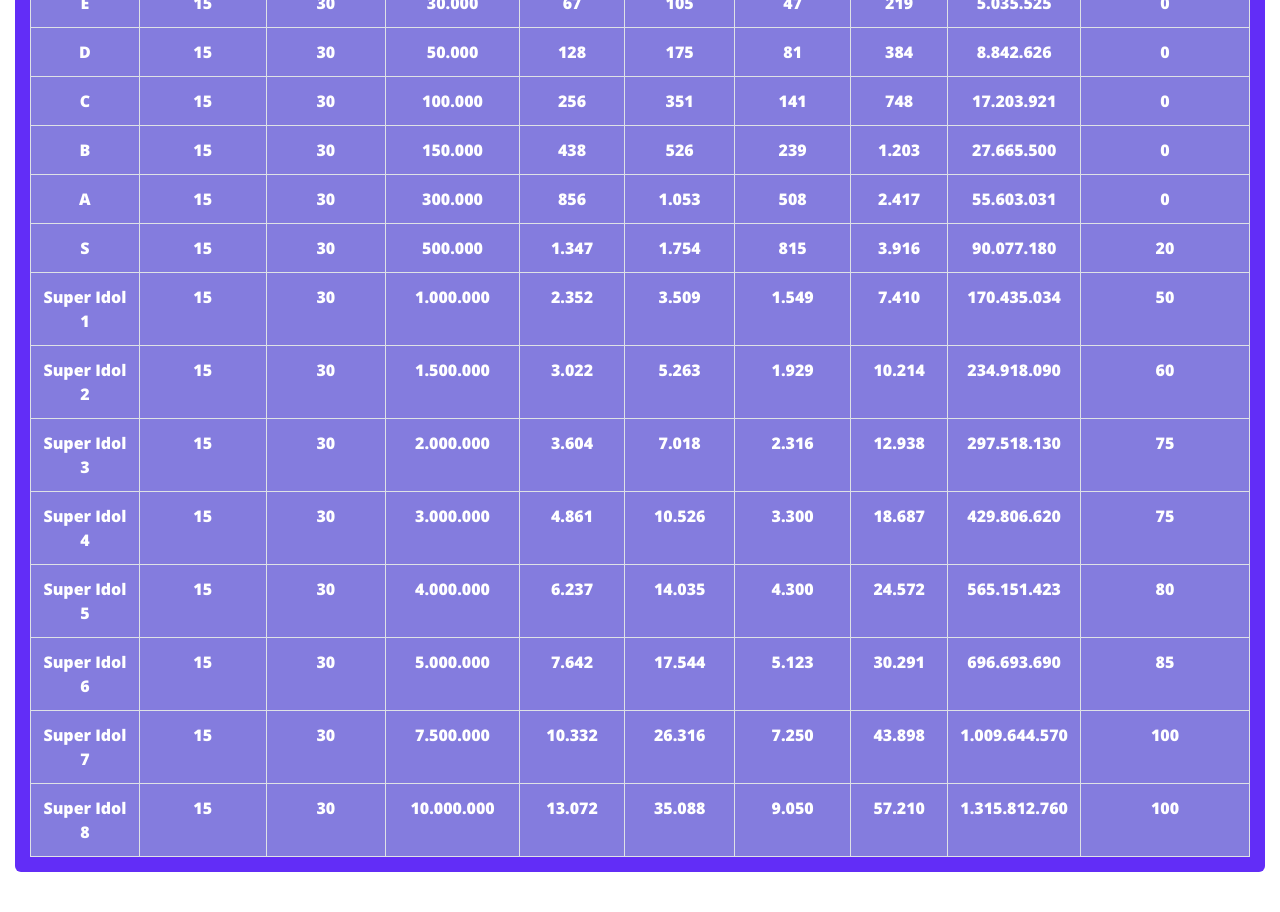
Repository: dav1601/nimo-work
Page: index.html
An editor plug-in stored every save of this project. The page is shown before and after a run of saves, followed by the edit.
The browser window is 1280 px wide. The pictures show the part of the page from y = 447 to 1399 px (the page is 1359 px tall before and 1399 px after).
A picture or video elsewhere on the page could not be fetched, so the positions and the page height are approximate.

Above is the page before, as saved 2022-04-15 01:22:55.

### index.html
<!DOCTYPE html>
<html lang="en">

<head>
    <meta charset="UTF-8">
    <meta http-equiv="X-UA-Compatible" content="IE=edge">
    <meta name="viewport" content="width=device-width, initial-scale=1.0">
    <link rel="stylesheet" href="https://cdn.jsdelivr.net/npm/bootstrap@4.6.1/dist/css/bootstrap.min.css"
        integrity="sha384-zCbKRCUGaJDkqS1kPbPd7TveP5iyJE0EjAuZQTgFLD2ylzuqKfdKlfG/eSrtxUkn" crossorigin="anonymous">
    <script src="https://cdn.jsdelivr.net/npm/jquery@3.5.1/dist/jquery.slim.min.js"
        integrity="sha384-DfXdz2htPH0lsSSs5nCTpuj/zy4C+OGpamoFVy38MVBnE+IbbVYUew+OrCXaRkfj"
        crossorigin="anonymous"></script>
    <script src="https://cdn.jsdelivr.net/npm/popper.js@1.16.1/dist/umd/popper.min.js"
        integrity="sha384-9/reFTGAW83EW2RDu2S0VKaIzap3H66lZH81PoYlFhbGU+6BZp6G7niu735Sk7lN"
        crossorigin="anonymous"></script>
    <script src="https://cdn.jsdelivr.net/npm/bootstrap@4.6.1/dist/js/bootstrap.min.js"
        integrity="sha384-VHvPCCyXqtD5DqJeNxl2dtTyhF78xXNXdkwX1CZeRusQfRKp+tA7hAShOK/B/fQ2"
        crossorigin="anonymous"></script>
    <script src="https://cdnjs.cloudflare.com/ajax/libs/jquery/3.6.0/jquery.min.js"
        integrity="sha512-894YE6QWD5I59HgZOGReFYm4dnWc1Qt5NtvYSaNcOP+u1T9qYdvdihz0PPSiiqn/+/3e7Jo4EaG7TubfWGUrMQ=="
        crossorigin="anonymous" referrerpolicy="no-referrer"></script>
    <script src="https://cdnjs.cloudflare.com/ajax/libs/html2canvas/1.4.1/html2canvas.min.js"
        integrity="sha512-BNaRQnYJYiPSqHHDb58B0yaPfCu+Wgds8Gp/gU33kqBtgNS4tSPHuGibyoeqMV/TJlSKda6FXzoEyYGjTe+vXA=="
        crossorigin="anonymous" referrerpolicy="no-referrer"></script>
    <title>Document</title>
</head>

<body>
    <style>
        @import url('https://fonts.googleapis.com/css2?family=Open+Sans:ital,wght@0,300;0,400;0,500;0,600;0,700;0,800;1,300;1,400;1,500;1,600;1,700;1,800&display=swap');
        @import url('https://fonts.googleapis.com/css2?family=Montserrat:ital,wght@0,100;0,200;0,300;0,400;0,500;0,600;0,700;0,800;0,900;1,100;1,200;1,300;1,400;1,500;1,600;1,700;1,800&display=swap');
        @import url('https://fonts.googleapis.com/css2?family=Pacifico&display=swap');

        body {
            color: #ffffff;
            font-family: 'Open Sans', sans-serif;

        }

        :root {
            --bg-main: #622DF7;
        }

        h1 {
            font-family: 'Monument', cursive;
            font-weight: 900;
        }

        header {
            height: auto;
            /* overflow: hidden; */
            padding: 20px;
            background: var(--bg-main);
            height: 150px;
            box-shadow: 0 3px 5px rgba(0, 0, 0, 0.05);
            border-radius: 6px;
            position: relative;
        }

        .img-1 {
            top: 20px;
        }

        .img-2 {
            right: 25px;
            top: 15px;
        }

        .img-3 {
            left: 165px;
            top: 20px;
        }

        .img-4 {
            right: 165px;
            top: 20px;
        }

        .img-5 {
            left: 320px;
            top: 15px;
        }

        .img-6 {
            left: 480px;
            top: 14px;
        }

        .img-7 {
            right: 300px;
            top: -25px;
        }

        .table {
            color: #ffffff;
            background: #847CDE;
            font-family: 'Open Sans', sans-serif;
            text-align: center;
            font-size: 16px;
            font-weight: 900;
        }

        header:before,
        header:after {
            content: "";
            height: 2px;
            position: absolute;
            left: 0;
            right: 0;
            clip-path: polygon(0% 0%, 5% 100%, 10% 0%, 15% 100%, 20% 0%, 25% 100%, 30% 0%, 35% 100%, 40% 0%, 45% 100%, 50% 0%, 55% 100%, 60% 0%, 65% 100%, 70% 0%, 75% 100%, 80% 0%, 85% 100%, 90% 0%, 95% 100%, 100% 0%);
            ;
        }

        header:before {
            background-color: #fff;
            top: 0;
        }

        header:after {
            background-color: #fff;
            bottom: -1px;
        }

        #table {
            padding: 15px;
            background: var(--bg-main);
            border-bottom-left-radius: 6px;
            border-bottom-right-radius: 6px;
        }
    </style>
    <div class="container-fluid my-2 py-4" id="export">
        <header>
            <div class="img-2 position-absolute">
                <img src="https://res.cloudinary.com/vanh-tech/image/upload/c_scale,h_112,w_112/v1649958535/img-4_qw9sif.png"
                    alt="">
            </div>
            <div class="img-1 position-absolute">
                <img src="https://res.cloudinary.com/vanh-tech/image/upload/v1649958534/img-1_fgpmpv.webp" alt="">
            </div>
            <div class="img-5 position-absolute">
                <img src="https://res.cloudinary.com/vanh-tech/image/upload/v1649958534/img-2_gai7hv.webp" alt="">
            </div>
            <div class="img-6 position-absolute">
                <img src="https://res.cloudinary.com/vanh-tech/image/upload/v1649959770/img_w0pvhe.png" alt="">
            </div>
            <div class="img-3 position-absolute">
                <img src="https://res.cloudinary.com/vanh-tech/image/upload/v1649958983/img_aa1jod.webp" alt=""
                    width="112" height="112">
            </div>
            <div class="img-4 position-absolute">
                <img src="https://res.cloudinary.com/vanh-tech/image/upload/c_scale,h_112,w_112/v1649958535/img-3_fsj6ej.png"
                    alt="">
            </div>
            <div class="img-7 position-absolute">
                <img src="https://res.cloudinary.com/vanh-tech/image/upload/v1649959980/7a76178dd055cd803200007eb4429d64_r03ver.png"
                    alt="">
            </div>
            <h1 class="text-center text-uppercase mt-4">Chính sách Nimo</h1>
        </header>
        <div id="table">
            <table class="table table-bordered mb-0">
                <thead>
                    <tr>
                        <th scope="col">Nhóm</th>
                        <th scope="col">Ngày live tối thiểu</th>
                        <th scope="col">Giờ live tối thiểu</th>
                        <th scope="col">Đá quý tối thiểu</th>
                        <th scope="col">Lương <strong>(USD)</strong></th>
                        <th scope="col" class=""><span class="d-block mb-1"
                                style="border-bottom: 2px solid #e84393; padding-bottom: 2px ;">Đá
                                rút<strong>(USD)</strong></span><span style="color: #f9ca24;">Tổng đá/285</span></th>
                        <th scope="col">Thưởng <strong>(USD)</strong></th>
                        <th scope="col">Tổng <strong>(USD)</strong></th>
                        <th scope="col">Tổng <strong>(VNĐ)</strong></th>
                        <th scope="col" class=""><span class="d-block mb-1"
                                style="border-bottom: 2px solid #e84393; padding-bottom: 2px ;">Bonus độc
                                quyền<strong>(USD)</strong></span><span style="color: #f9ca24;">(IDOL)</span></th>
                    </tr>
                </thead>
                <tbody>
                    <tr>
                        <td>Primary</td>
                        <td>15</td>
                        <td>30</td>
                        <td>5.000</td>
                        <td>14</td>
                        <td>18</td>
                        <td>9</td>
                        <td>41</td>
                        <td>943.248</td>
                        <td>0</td>
                    </tr>
                    <tr>
                        <td>F</td>
                        <td>15</td>
                        <td>30</td>
                        <td>10.000</td>
                        <td>28</td>
                        <td>35</td>
                        <td>16</td>
                        <td>79</td>
                        <td>1.817.921</td>
                        <td>0</td>
                    </tr>
                    <tr>
                        <td>E</td>
                        <td>15</td>
                        <td>30</td>
                        <td>30.000</td>
                        <td>67</td>
                        <td>105</td>
                        <td>47</td>
                        <td>219</td>
                        <td>5.035.525</td>
                        <td>0</td>
                    </tr>
                    <tr>
                        <td>D</td>
                        <td>15</td>
                        <td>30</td>
                        <td>50.000</td>
                        <td>128</td>
                        <td>175</td>
                        <td>81</td>
                        <td>384</td>
                        <td>8.842.626</td>
                        <td>0</td>
                    </tr>
                    <tr>
                        <td>C</td>
                        <td>15</td>
                        <td>30</td>
                        <td>100.000</td>
                        <td>256</td>
                        <td>351</td>
                        <td>141</td>
                        <td>748</td>
                        <td>17.203.921</td>
                        <td>0</td>
                    </tr>
                    <tr>
                        <td>B</td>
                        <td>15</td>
                        <td>30</td>
                        <td>150.000</td>
                        <td>438</td>
                        <td>526</td>
                        <td>239</td>
                        <td>1.203</td>
                        <td>27.665.500</td>
                        <td>0</td>
                    </tr>
                    <tr>
                        <td>A</td>
                        <td>15</td>
                        <td>30</td>
                        <td>300.000</td>
                        <td>856</td>
                        <td>1.053</td>
                        <td>508</td>
                        <td>2.417</td>
                        <td>55.603.031</td>
                        <td>0</td>
                    </tr>
                    <tr>
                        <td>S</td>
                        <td>15</td>
                        <td>30</td>
                        <td>500.000</td>
                        <td>1.347</td>
                        <td>1.754</td>
                        <td>815</td>
                        <td>3.916</td>
                        <td>90.077.180</td>
                        <td>20</td>
                    </tr>
                    <tr>
                        <td class="sp">Super Idol 1</td>
                        <td>15</td>
                        <td>30</td>
                        <td>1.000.000</td>
                        <td>2.352</td>
                        <td>3.509</td>
                        <td>1.549</td>
                        <td>7.410</td>
                        <td>170.435.034</td>
                        <td>50</td>
                    </tr>
                    <tr>
                        <td class="sp">Super Idol 2</td>
                        <td>15</td>
                        <td>30</td>
                        <td>1.500.000</td>
                        <td>3.022</td>
                        <td>5.263</td>
                        <td>1.929</td>
                        <td>10.214</td>
                        <td>234.918.090</td>
                        <td>60</td>
                    </tr>
                    <tr>
                        <td class="sp">Super Idol 3</td>
                        <td>15</td>
                        <td>30</td>
                        <td>2.000.000</td>
                        <td>3.604</td>
                        <td>7.018</td>
                        <td>2.316</td>
                        <td>12.938</td>
                        <td>297.518.130</td>
                        <td>75</td>
                    </tr>
                    <tr>
                        <td class="sp">Super Idol 4</td>
                        <td>15</td>
                        <td>30</td>
                        <td>3.000.000</td>
                        <td>4.861</td>
                        <td>10.526</td>
                        <td>3.300</td>
                        <td>18.687</td>
                        <td>429.806.620</td>
                        <td>75</td>
                    </tr>
                    <tr>
                        <td class="sp">Super Idol 5</td>
                        <td>15</td>
                        <td>30</td>
                        <td>4.000.000</td>
                        <td>6.237</td>
                        <td>14.035</td>
                        <td>4.300</td>
                        <td>24.572</td>
                        <td>565.151.423</td>
                        <td>80</td>
                    </tr>
                    <tr>
                        <td class="sp">Super Idol 6</td>
                        <td>15</td>
                        <td>30</td>
                        <td>5.000.000</td>
                        <td>7.642</td>
                        <td>17.544</td>
                        <td>5.123</td>
                        <td>30.291</td>
                        <td>696.693.690</td>
                        <td>85</td>
                    </tr>
                    <tr>
                        <td class="sp">Super Idol 7</td>
                        <td>15</td>
                        <td>30</td>
                        <td>7.500.000</td>
                        <td>10.332</td>
                        <td>26.316</td>
                        <td>7.250</td>
                        <td>43.898</td>
                        <td>1.009.644.570</td>
                        <td>100</td>
                    </tr>
                    <tr>
                        <td class="sp">Super Idol 8</td>
                        <td>15</td>
                        <td>30</td>
                        <td>10.000.000</td>
                        <td>13.072</td>
                        <td>35.088</td>
                        <td>9.050</td>
                        <td>57.210</td>
                        <td>1.315.812.760</td>
                        <td>100</td>
                    </tr>


                </tbody>
            </table>
        </div>
        <footer class="mt-2">

        </footer>
    </div>
</body>
<script>
//  html2canvas(document.getElementById("export")).then(function (canvas) {			var anchorTag = document.createElement("a");
// 			document.body.appendChild(anchorTag);
// 			anchorTag.download = "filename.png";
// 			anchorTag.href = canvas.toDataURL();
// 			anchorTag.target = '_blank';
// 			anchorTag.click();
// 		});
// END READYYYYYYYYYYYYYYYYYYYYYYYYYYYYYYYYYY
</script>

</html>

After the next 3 saves:
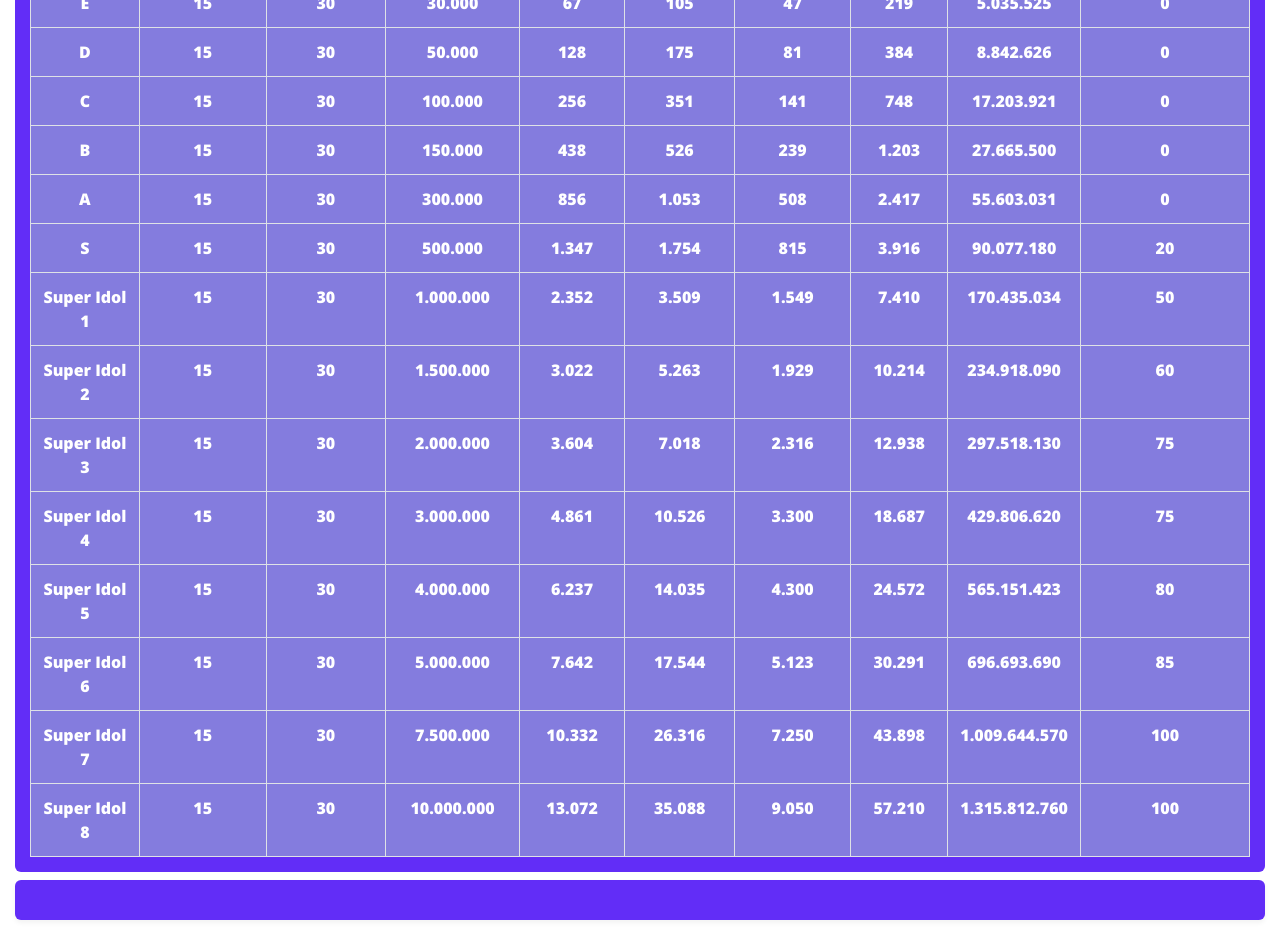
The 3 saves are shown as one change because they came seconds apart.
The last was saved 13 s later.
--- a/index.html
+++ b/index.html
@@ -56,6 +56,14 @@
             border-radius: 6px;
             position: relative;
         }
+        footer {
+            height: auto;
+            padding: 20px;
+            background: var(--bg-main);
+            box-shadow: 0 3px 5px rgba(0, 0, 0, 0.05);
+            border-radius: 6px;
+            position: relative;
+        }
 
         .img-1 {
             top: 20px;
